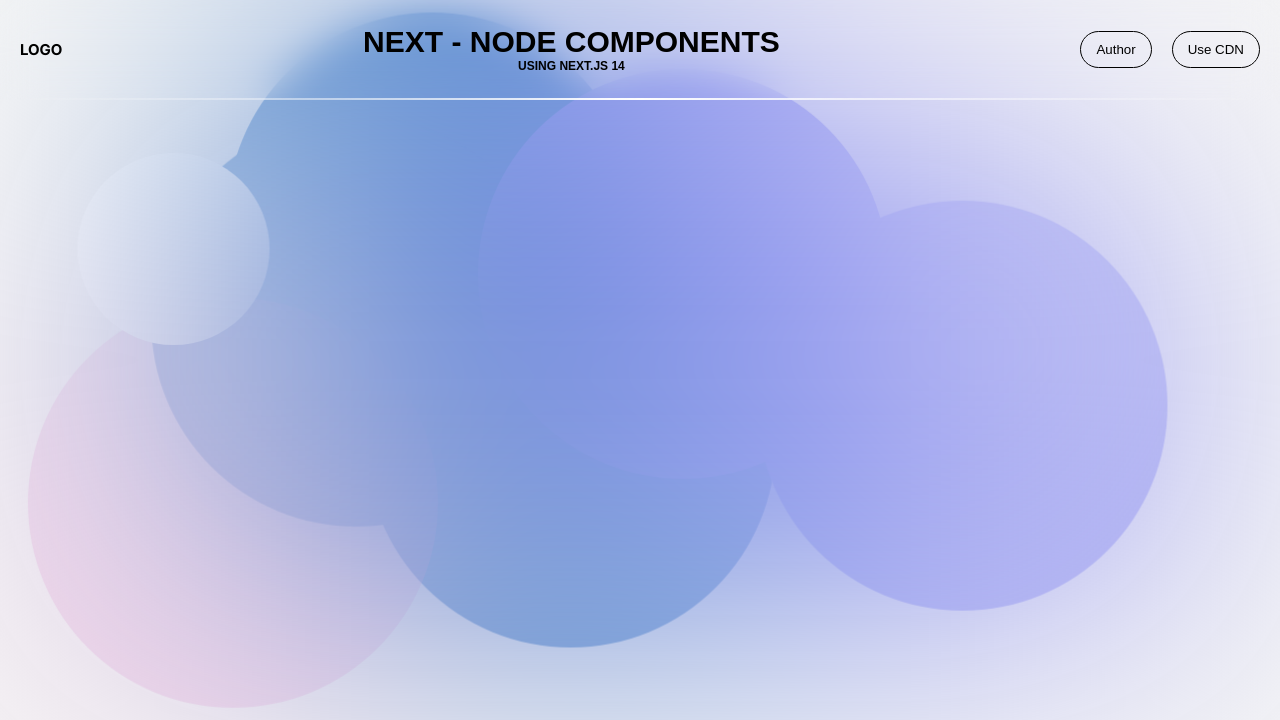
Repository: keval-gohil/komponents
Page: /
An editor plug-in stored every save of this project. The page is shown before and after the next save, followed by the edit.
The browser window is 1280 px wide. The pictures show the whole page.
Some web fonts or font styles are not loaded; a fallback is used. The project was rebuilt for these pictures with package versions that can differ from the ones it lists, and the page was loaded fresh each time. The framework's server and built-in components were replaced by stand-ins that run in the browser. Also part of the build but not shown: next.config.mjs.

Above is the page before, as saved 2024-03-07 12:43:50.

After the next save:
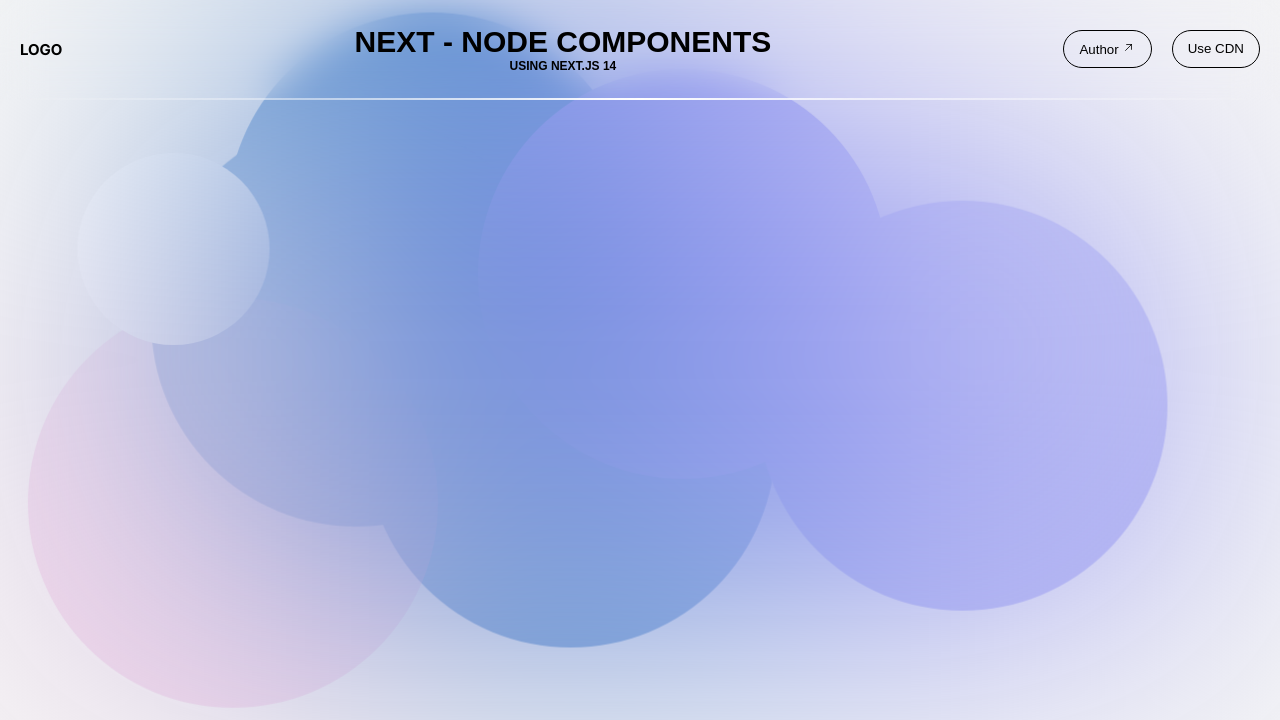
Saved 7 s later.
--- a/components/reuse/header.js
+++ b/components/reuse/header.js
@@ -8,7 +8,7 @@
             <h1>LOGO</h1>
             <h2>Next - Node Components<span>using Next.js 14</span></h2>
             <div>
-              <button>Author <i></i></button>
+              <button>Author <i className='mynaui--arrow-up-right'></i></button>
               <button>Use CDN</button>
             </div>
         </nav>
